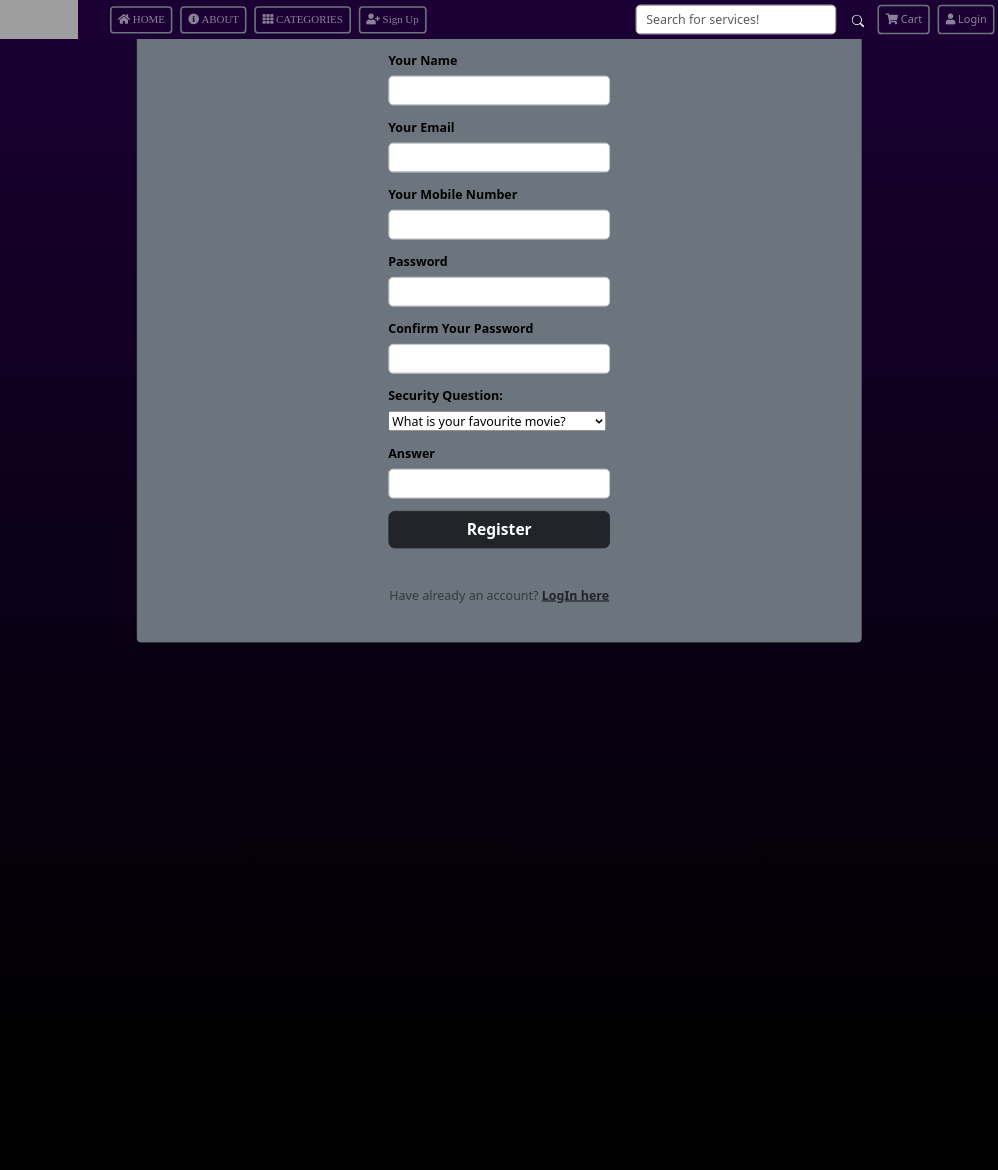
Repository: Ishanibmk/MOVIOT---An-OTT-Platform-using-Java-and-Springboot
Page: http://localhost/OTT/WEB-INF/view/signup.jsp
These files come from the project's save history. The page is drawn as it stood at one moment and after the next save; the edit follows.
The browser window is 1280 px wide. The pictures show the whole page, at 78% of full size.
Pictures or frames that could not be fetched are drawn as grey boxes. Some web libraries are served in a nearby version. The page is served by Tomcat 9. Nobody is signed in. Other server files are loaded and not shown. The template is opened directly, without the code that normally fills it, so the values that code supplies are empty.

Above is the page before, as saved 2024-03-02 14:31:40.

### Moviot/MOVIOT-main/ott/OTT/src/main/webapp/WEB-INF/view/signup.jsp
<%@ page language="java" contentType="text/html; charset=ISO-8859-1"
    pageEncoding="ISO-8859-1"%>
<jsp:include page="index_header.jsp" />
<!doctype html>
<html lang="en">
<head>
    <meta charset="utf-8">
    <meta name="viewport" content="width=device-width, initial-scale=1">
    <title>Registration Form For User</title>
    <link href="https://cdn.jsdelivr.net/npm/bootstrap@5.3.0-alpha1/dist/css/bootstrap.min.css" rel="stylesheet"
          integrity="sha384-GLhlTQ8iRABdZLl6O3oVMWSktQOp6b7In1Zl3/Jr59b6EGGoI1aFkw7cmDA6j6gD" crossorigin="anonymous">
    <style>
        body {
            background: linear-gradient(to bottom, hsl(270, 100%, 10%), black 90%); /* Gradient background */
            color: #ffffff; /* White text color */
            min-height: 100vh; /* Ensure the background covers the full viewport height */
            margin: 0; /* Remove default margin */
            padding: 0; /* Remove default padding */
        }
        .form-container {
            padding-top: 50px; /* Add padding to the top of the form */
            padding-bottom: 50px; /* Add padding to the bottom of the form */
        }
    </style>
</head>
<body>
<section class="vh-100 d-flex justify-content-center align-items-center">
    <div class="col-lg-12 col-xl-9" >
        <div class="card text-black bg-secondary">
            <div class="card-body p-md-5">
                <div class="row justify-content-center">
                    <div class="col-md-10 col-lg-6 col-xl-5 order-2 order-lg-1">
                        <p class="text-center h1 fw-bold mb-5 mx-1 mx-md-4 mt-4"><b>Sign up</b></p>
                        <form action="regprocess" method="post" class="mx-1 mx-md-4">
                            <div class="mb-3">
                                <label for="validationDefault01" class="form-label"><b>Your Name</b></label>
                                <input type="text" id="validationDefault01" name="uname" class="form-control" required/>
                            </div>
                            <div class="mb-3">
                                <label class="form-label" for="form3Example3c"><b>Your Email</b></label>
                                <input type="email" id="form3Example3c" name="uemail" class="form-control"/>
                            </div>
                            <div class="mb-3">
                                <label class="form-label" for="form3Example3c"><b>Your Mobile Number</b></label>
                                <input type="mobile" id="form3Example3c" name="uphno" class="form-control"/>
                            </div>
                            <div class="mb-3">
                                <label class="form-label" for="form3Example4c"><b>Password</b></label>
                                <input type="password" id="form3Example4c" name="upass" class="form-control"/>
                            </div>
                            <div class="mb-3">
                                <label class="form-label" for="form3Example4cd"><b>Confirm Your Password</b></label>
                                <input type="password" id="form3Example4cd" name="conpass" class="form-control"/>
                            </div>
                            <div class="mb-3">
                                <label class="form-label" for="form3Example4cd"><b>Security Question:</b></label>
                                <select name="SecurityQuestion" class="backup" required>
                                    <option value="What was the name of your childhood friend?">What is your favourite movie?</option>
                                    <option value="What was the name of your first car?">Which movie makes you cry?</option>
                                    <option value="What is your favourate food?">What movie makes you feel good?</option>
                                </select>
                            </div>
                            <div class="mb-3">
                                <label class="form-label" for="form3Example4cd"><b>Answer</b></label>
                                <input type="text" id="form3Example4cd" name="uans" class="form-control"/>
                            </div>
                            <div class="d-grid gap-2">
                                <button type="submit" class="btn btn-dark btn-lg"><b>Register</b></button>
                            </div>
                            <p class="text-center text-muted mt-5 mb-0">Have already an account? <a href='login.jsp'
                                                                                                    class="fw-bold text-body"><u>LogIn
                                    here</u></a></p>
                        </form>
                    </div>
                </div>
            </div>
        </div>
    </div>
</section>


<script src="https://cdn.jsdelivr.net/npm/bootstrap@5.3.0-alpha1/dist/js/bootstrap.bundle.min.js"
        integrity="sha384-w76AqPfDkMBDXo30jS1Sgez6pr3x5MlQ1ZAGC+nuZB+EYdgRZgiwxhTBTkF7CXvN"
        crossorigin="anonymous"></script>
</body>
</html>

### Moviot/MOVIOT-main/ott/OTT/src/main/webapp/WEB-INF/view/index_header.jsp
<!DOCTYPE html>
<html lang="en">
<head>
  <title>OTT PLATFORM</title>
  <meta charset="utf-8">
  <meta name="viewport" content="width=device-width, initial-scale=1">
  <link rel="stylesheet" href="https://maxcdn.bootstrapcdn.com/bootstrap/4.0.0-beta.2/css/bootstrap.min.css">
  <script src="https://ajax.googleapis.com/ajax/libs/jquery/3.2.1/jquery.min.js"></script>
  <script src="https://cdnjs.cloudflare.com/ajax/libs/popper.js/1.12.6/umd/popper.min.js"></script>
  <script src="https://maxcdn.bootstrapcdn.com/bootstrap/4.0.0-beta.2/js/bootstrap.min.js"></script>
  <!-- Add Font Awesome CDN -->
  <link rel="stylesheet" href="https://cdnjs.cloudflare.com/ajax/libs/font-awesome/5.15.4/css/all.min.css">
  <style>
    /* Custom CSS for navbar styling */
    .navbar {
      background-color: hsl(270, 100%, 10%); /* Dark background color */
      height: 50px; /* Adjust the height as needed */
    }
    .navbar-brand img {
      margin-right: 20px; /* Adjust as needed */
    }
    .navbar-nav .nav-item {
      border: 2px solid #6c757d; /* Gray border */
      border-radius: 5px;
      margin: 0 5px;
    }
    .navbar-nav .nav-link {
      padding: 5px 10px; /* Adjust padding */
      font-size: 14px; /* Adjust font size */
      color: #fff; /* White text color */
    }
    .navbar-nav .nav-item:hover .nav-link {
      background-color: black; /* Gray background color */
    }
    .navbar-nav .form-control {
      margin-right: 10px; /* Adjust as needed */
    }
    .navbar-nav .btn-outline-light {
      color: #fff; /* White text color */
    }
  </style>
</head>
<body style="height:1500px">
<nav class="navbar navbar-expand-sm navbar-dark fixed-top">
  <a class="navbar-brand" href="#"><img src="https://static.vecteezy.com/system/resources/previews/002/700/780/original/neon-cinema-film-in-purple-and-violet-color-illustration-of-cinema-film-with-play-icon-consisting-of-neon-outlines-with-backlight-on-the-dark-brick-wall-background-vector.jpg" width="100" height="50"> </a>
  <ul class="navbar-nav mr-auto">
    <li class="nav-item">
      <a class="nav-link" href="index" style="font-family: Nunito;"><i class="fas fa-home"></i> HOME</a>
    </li>
    <li class="nav-item">
      <a class="nav-link" href="about" style="font-family: Nunito;"><i class="fas fa-info-circle"></i> ABOUT</a>
    </li>
    <li class="nav-item">
      <a class="nav-link" href="catagory" style="font-family: Nunito;"><i class="fas fa-th"></i> CATEGORIES</a>
    </li>
    <li class="nav-item">
      <a class="nav-link" href="signup" style="font-family: Nunito;"><i class="fas fa-user-plus"></i> Sign Up</a>
    </li>
  </ul>
  <ul class="navbar-nav ml-auto">
    <form class="form-inline my-2 my-lg-0">
      <input class="form-control mr-sm-2" type="search" placeholder="Search for services!" aria-label="Search">
      <button class="btn btn-outline-light my-2 my-sm-0" type="submit" style="border: none;">
        <svg xmlns="http://www.w3.org/2000/svg" width="16" height="16" fill="currentColor" class="bi bi-search" viewBox="0 0 16 16">
          <path d="M11.742 10.344a6.5 6.5 0 1 0-1.397 1.398h-.001c.03.04.062.078.098.115l3.85 3.85a1 1 0 0 0 1.415-1.414l-3.85-3.85a1.007 1.007 0 0 0-.115-.1zM12 6.5a5.5 5.5 0 1 1-11 0 5.5 5.5 0 0 1 11 0z"/>
        </svg>
      </button>
    </form>
    <li class="nav-item">
      <a class="nav-link" href="#"><i class="fas fa-shopping-cart"></i> Cart</a>
    </li>
    <li class="nav-item">
      <a class="nav-link" href="#"><i class="fas fa-user"></i> Login</a>
    </li>
  </ul>
</nav>
</body>
</html>

After the next save:
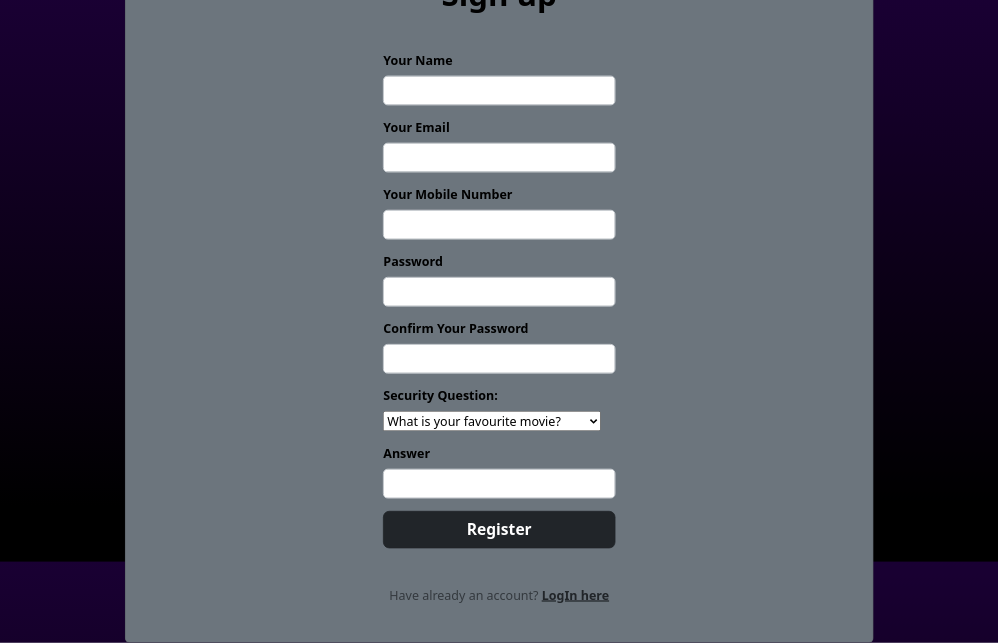
Saved 35 s later.
--- a/Moviot/MOVIOT-main/ott/OTT/src/main/webapp/WEB-INF/view/signup.jsp
+++ b/Moviot/MOVIOT-main/ott/OTT/src/main/webapp/WEB-INF/view/signup.jsp
@@ -1,6 +1,5 @@
 <%@ page language="java" contentType="text/html; charset=ISO-8859-1"
     pageEncoding="ISO-8859-1"%>
-<jsp:include page="index_header.jsp" />
 <!doctype html>
 <html lang="en">
 <head>
